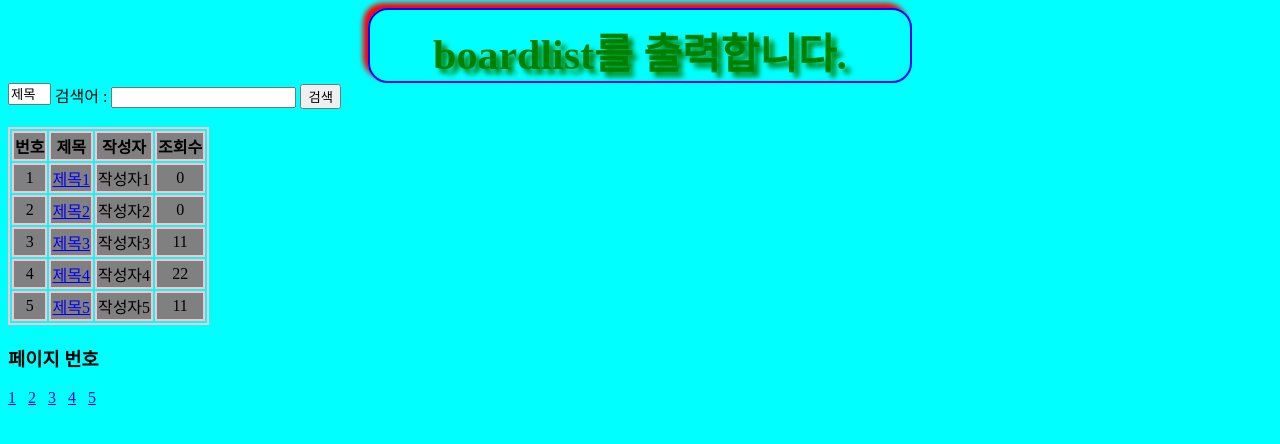
Repository: younseochoi/AI_PLATFORM
Page: my_code/03_web/html/src/main/webapp/boardlist.html
The author's editor kept a copy of each file at every save. The page is drawn from the files as they stood at one save, then again after the next save.
The browser window is 1280 px wide. The pictures show the whole page.

Above is the page before, as saved 2022-07-25 08:11:48.

### my_code/03_web/html/src/main/webapp/boardlist.html
<!DOCTYPE html>
<html>
<head>
<meta charset="UTF-8">
<title>게시물리스트입니다.</title>
<style type="text/css">
body{
	background-color: aqua;
}

#title{
/* 제목 파랑박스 가로 중앙정렬/ 빨강음영 / 모서리 둥글게/ 텍스트 녹색 중앙정렬 */
	border: 2px solid blue;
	border-radius: 20px;
	color:green;
	font-size: 42px ;
	margin:0 auto ;
	box-shadow: -5px -5px 5px red;
	text-shadow: 5px 5px 5px green;
	text-align: center;
	width: 500px;
	padding :10px 20px 0px 20px ;
}
#table-box{
	margin:0 auto;
	text-align: center ;
}
table{ border: 2px solid pink; margin:0;}
tr{border: 2px solid pink; margin:0; background-color: gray;}
th{border: 2px solid pink; margin:0;}
td{border: 2px solid pink; margin:0;}
</style>
</head>
<body>
<div id="title-box">
<h1 id="title">boardlist를 출력합니다.</h1>
</div>
<form action="boardsearch.html">
<div>
	<select name="item" multiple="multiple" size ="1" lang="1">
		<option value = "title">제목</option>
		<option value ="contents">내용</option>
		<option value="writer">작성자</option>
	</select>
	검색어 : <input type="text" name= "keyword">
			<input type = "submit" value="검색">
</div>
</form>
<br>
<div id="table-box">
<table>
	<tr>
		<th>번호</th>
		<th>제목</th>
		<th>작성자</th>
		<th>조회수</th>
	</tr>
	<tr>
		<td>1</td>
		<td><a href="boarddetail.html">제목1</a></td>
		<td>작성자1</td>
		<td>0</td>
	</tr>
	<tr>
		<td>2</td>
		<td><a href="boarddetail.html">제목2</a></td>
		<td>작성자2</td>
		<td>0</td>
	</tr>
	<tr>
		<td>3</td>
		<td><a href="boarddetail.html">제목3</a></td>
		<td>작성자3</td>
		<td>11</td>
	</tr>
	<tr>
		<td>4</td>
		<td><a href="boarddetail.html">제목4</a></td>
		<td>작성자4</td>
		<td>22</td>
	</tr>
	<tr>
		<td>5</td>
		<td><a href="boarddetail.html">제목5</a></td>
		<td>작성자5</td>
		<td>11</td>
	</tr>
</table>
</div>
<div>
	<h3>페이지 번호</h3>
	<a href="boardlist.html">1</a> &nbsp;
	<a href="boardlist.html">2</a> &nbsp;
	<a href="boardlist.html">3</a> &nbsp;
	<a href="boardlist.html">4</a> &nbsp;
	<a href="boardlist.html">5</a> &nbsp;
</div>
</body>
</html>

After the next save:
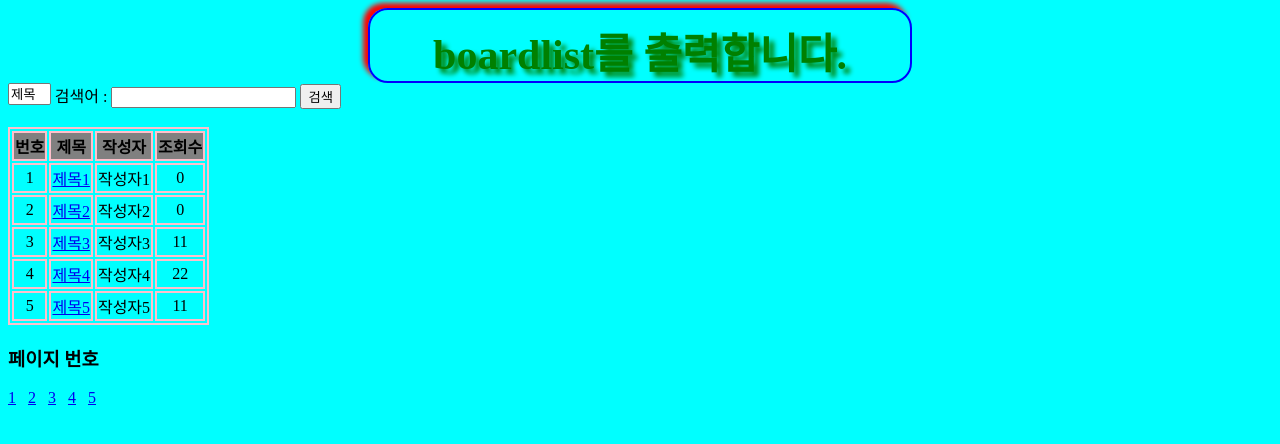
Saved 10 s later.
--- a/my_code/03_web/html/src/main/webapp/boardlist.html
+++ b/my_code/03_web/html/src/main/webapp/boardlist.html
@@ -26,8 +26,8 @@ body{
 	text-align: center ;
 }
 table{ border: 2px solid pink; margin:0;}
-tr{border: 2px solid pink; margin:0; background-color: gray;}
-th{border: 2px solid pink; margin:0;}
+tr{border: 2px solid pink; margin:0; }
+th{border: 2px solid pink; margin:0;background-color: gray;}
 td{border: 2px solid pink; margin:0;}
 </style>
 </head>
